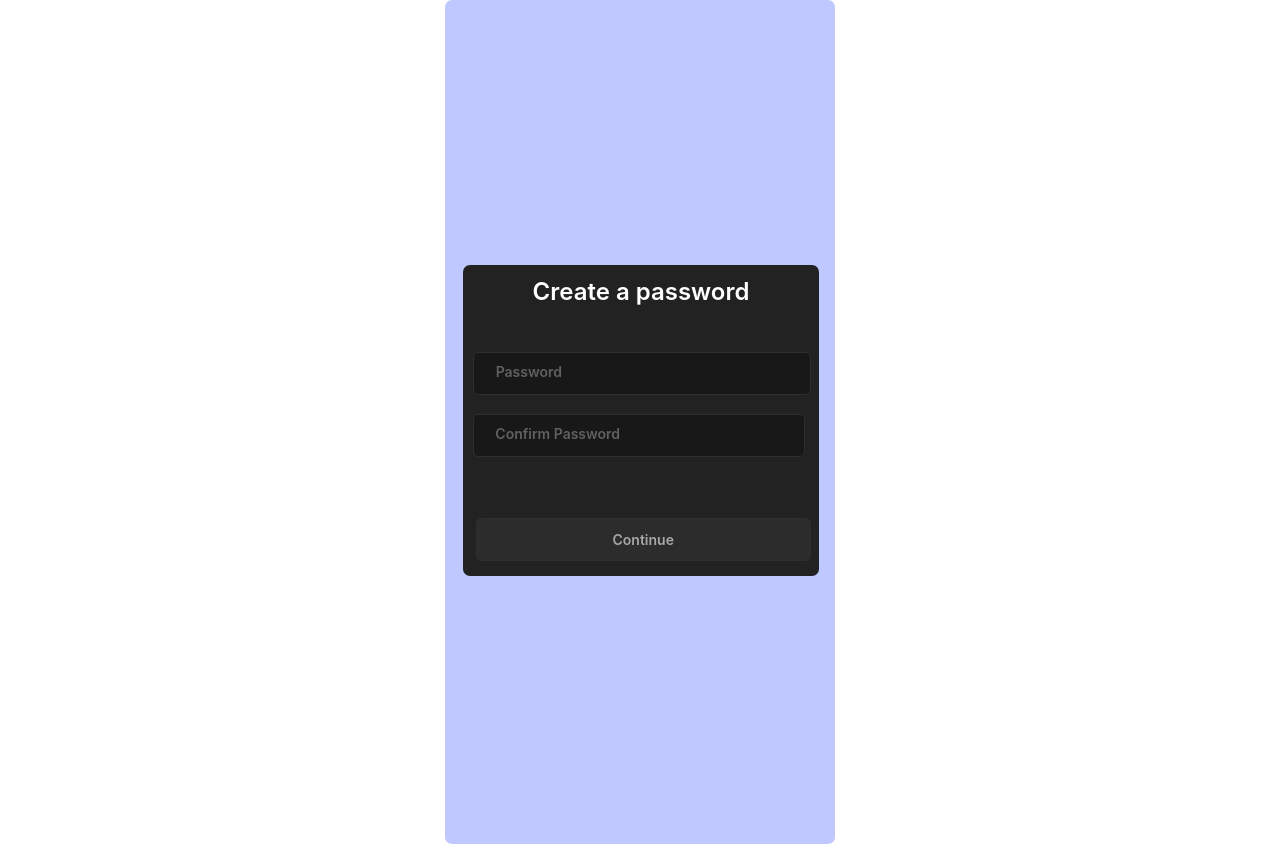
Repository: krishbains/CryptoWallet
Page: /
An editor plug-in stored every save of this project. The page is shown before and after the next save, followed by the edit.
The browser window is 1280 px wide. The pictures show the whole page.
The project was rebuilt for these pictures with package versions that can differ from the ones it lists, and the page was loaded fresh each time. Also part of the build but not shown: src/components/startingpage/startingpage.jsx.

Above is the page before, as saved 2024-03-28 15:58:51.

After the next save:
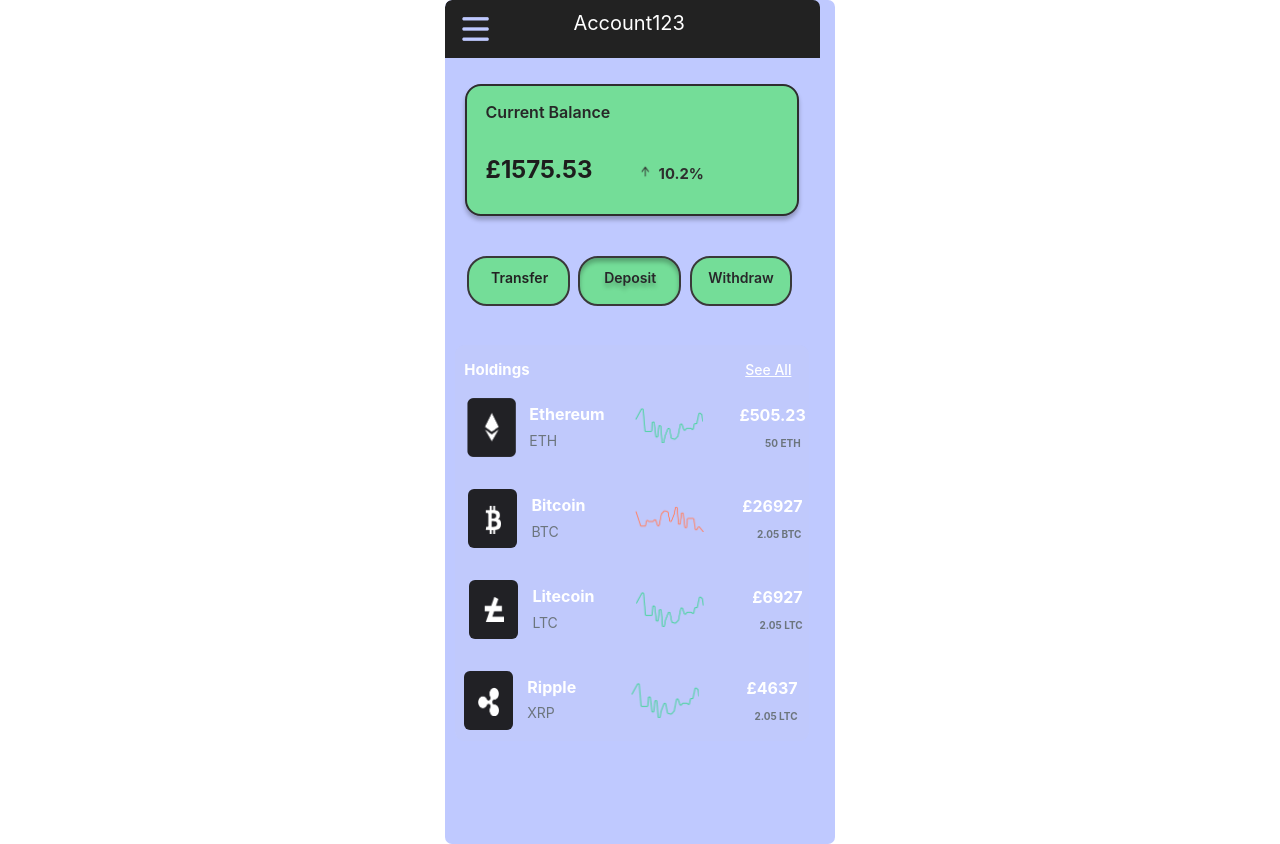
Saved 5 min 21 s later.
--- a/src/App.js
+++ b/src/App.js
@@ -6,9 +6,10 @@ import CreateWallet from './components/createwallet/createwallet';
 function App() {
   return (
     <div className="App">
-      {/* <BasePage/> */}
+      {/* uncomment these to see what each page looks like, we will implement routing across all pages, soon enough */}
+      <BasePage/>
       {/* <StartingPage/> */}
-      <CreateWallet />
+      {/* <CreateWallet /> */}
     </div>
   );
 }
